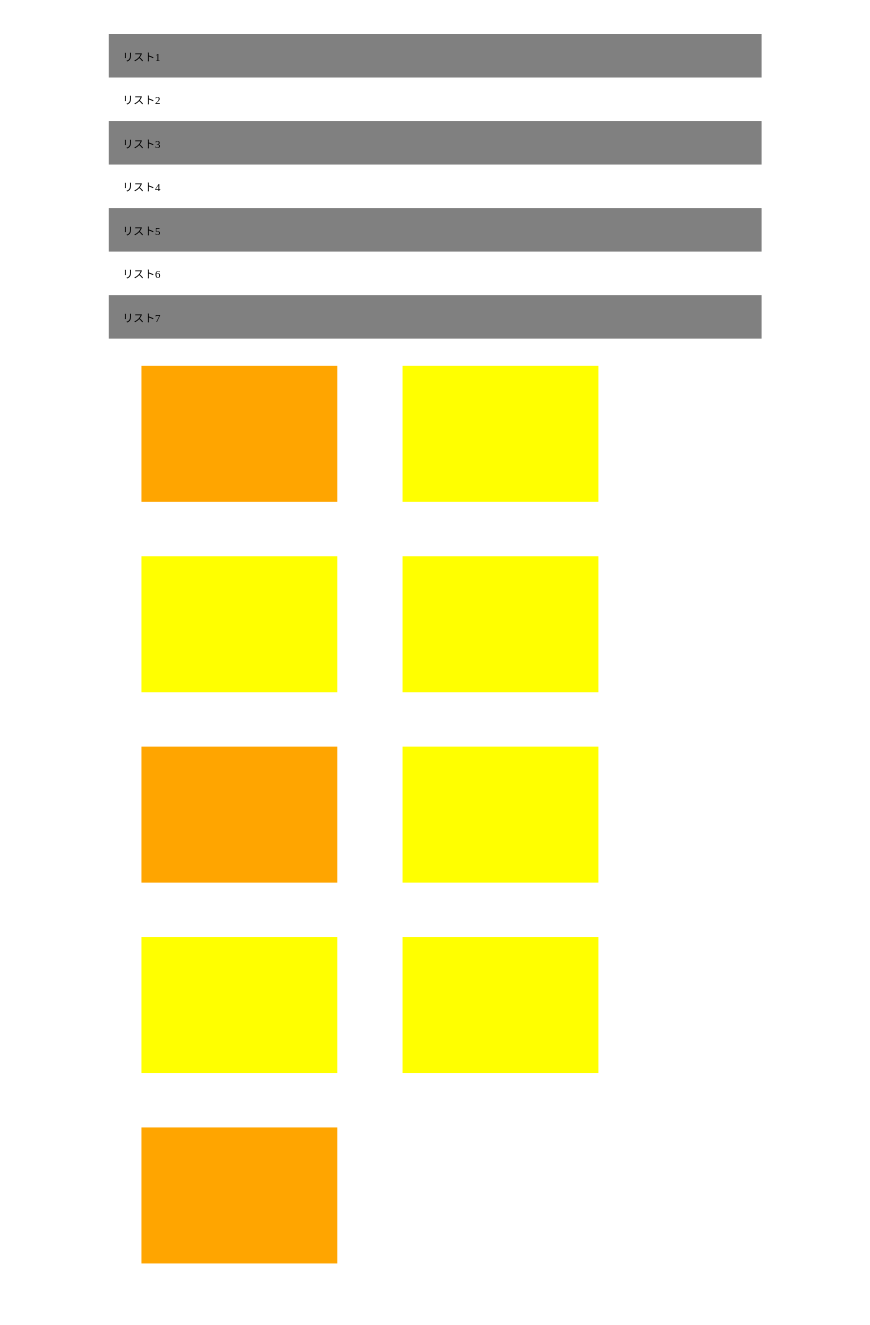
Repository: ryosei-110/HTML-CSS-
Page: 1-8exercise/1-8.html
The author's editor kept a record of every edit. The page is drawn from the files as they stood at one moment, then again after the next edit.
The browser window is 1280 px wide. The pictures show the whole page, at 68% of full size.

Above is the page before.

### 1-8exercise/1-8.html
<!DOCTYPE html>
<html lang="ja">
  <head>
    <meta charset="UTF-8" />
    <link rel="stylesheet" href="1-8.css" />
    <title>8章演習問題</title>
  </head>

  <body>
    <div class="main">
      <div class="list-type">
        <p class="list">リスト1</p>
        <p class="list">リスト2</p>
        <p class="list">リスト3</p>
        <p class="list">リスト4</p>
        <p class="list">リスト5</p>
        <p class="list">リスト6</p>
        <p class="list">リスト7</p>
      </div>

    <div class="box-location">
      <div class="box orange"></div>
      <div class="box yellow"></div>
      <div class="box yellow"></div>
      <div class="box yellow"></div>
      <div class="box orange"></div>
      <div class="box yellow"></div>
      <div class="box yellow"></div>
      <div class="box yellow"></div>
      <div class="box orange"></div>
    </div>
    </div>


  </body>
  </html>

### 1-8exercise/1-8.css
* {
  margin: 0;
  padding: 0;
  box-sizing: border-box;
}

.main {
  width: 960px;
  margin: 50px auto;
}

.list {
  padding: 20px;
}

.list {
  padding: 20px;
}

.list-type p:nth-child(odd) {
  background-color: gray;
}

.box-location {
  display: flex;
  flex-wrap: wrap;
}

.box {
  width: 30%;
  height: 200px;
  margin: 40px 5%;
}

.box:nth-child(1 2 3) {
  margin-top: 50px;
}

.box:nth-child(7 8 9) {
  margin-bottom: 50px;
}



.orange {
  background-color: orange;
}

.yellow {
  background-color: yellow;
}

After the next edit:
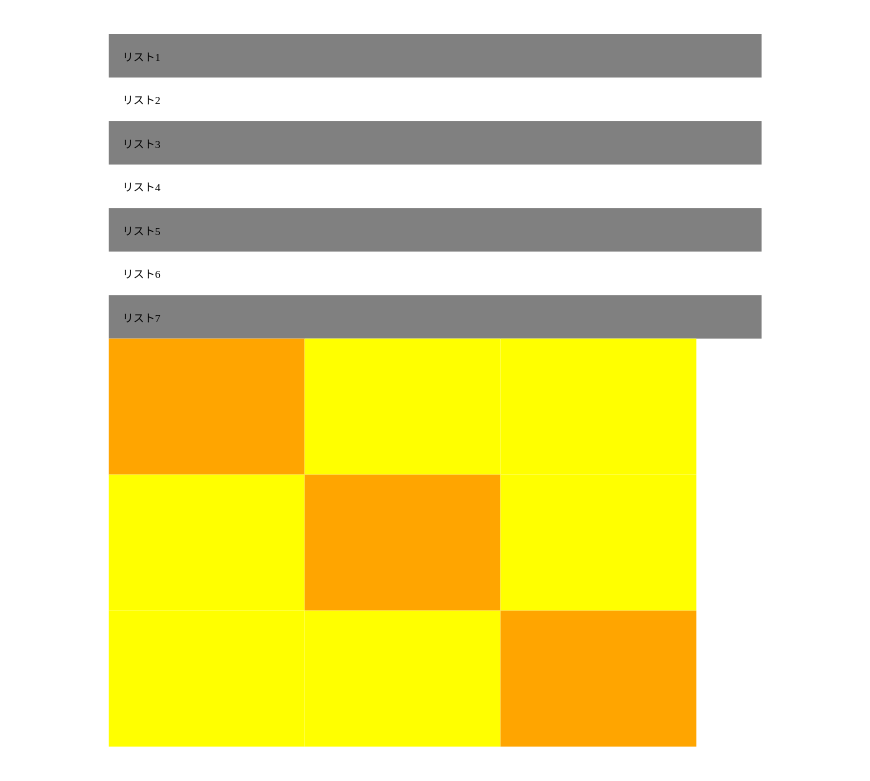
The edit:
--- a/1-8exercise/1-8.css
+++ b/1-8exercise/1-8.css
@@ -29,7 +29,6 @@
 .box {
   width: 30%;
   height: 200px;
-  margin: 40px 5%;
 }
 
 .box:nth-child(1 2 3) {
